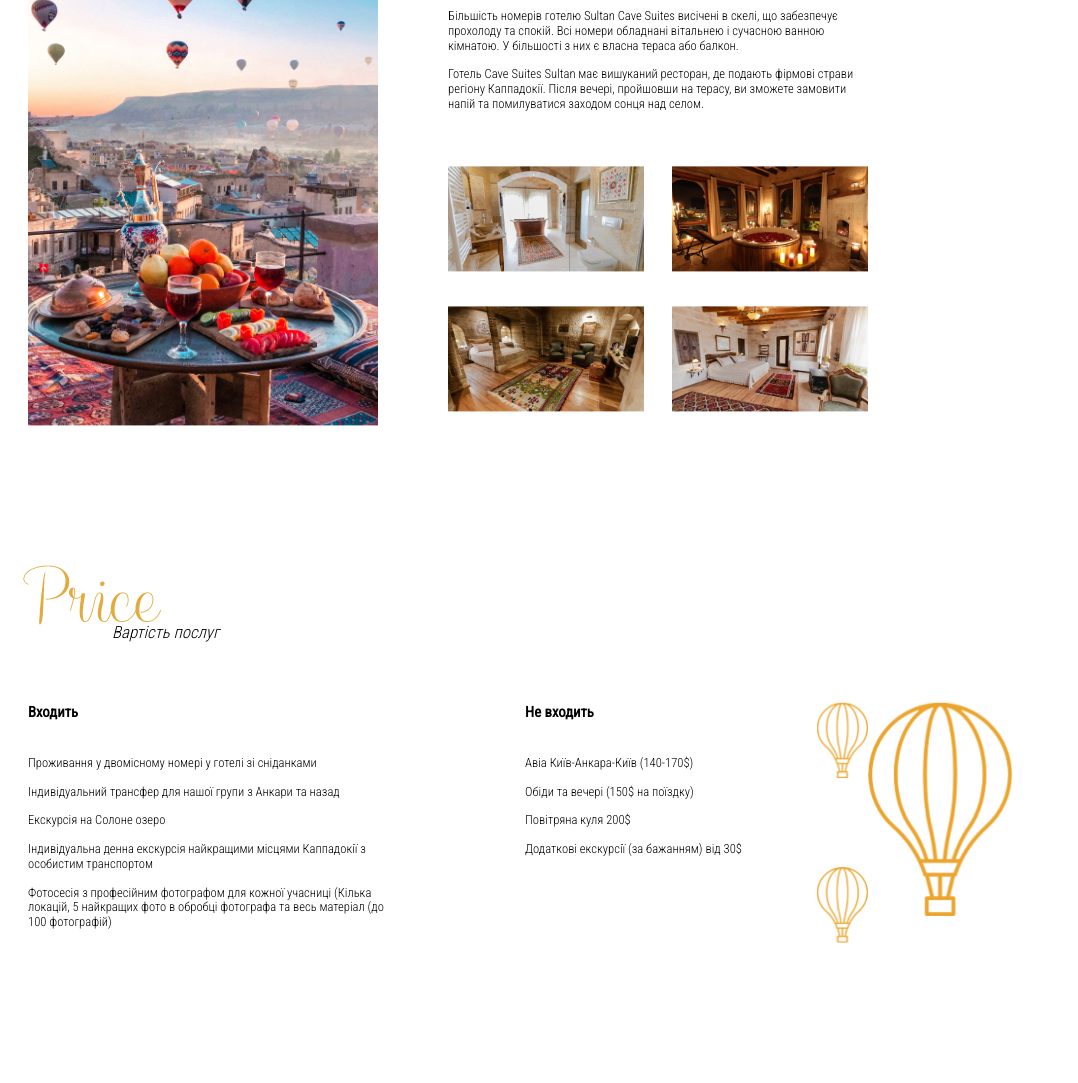
Repository: KYUUBI-K/cappadocia
Page: index.html
These files come from the project's save history. The page is drawn as it stood at one moment and after a run of saves; the edit follows.
The browser window is 1280 px wide. The page is 1540 px wide, so the pictures cover 1540 px, including what lies to the right of the window. The pictures show the part of the page from y = 3624 to 5224 px (the page is 5171 px tall before and 5224 px after), at 70% of full size.

Above is the page before, as saved 2025-08-21 19:49:11.

### index.html
<!DOCTYPE html>
<html lang="en">
  <head>
    <meta charset="UTF-8" />
    <meta name="viewport" content="width=device-width, initial-scale=1.0" />
    <title>Cappadocia</title>
    <link rel="stylesheet" href="./styles.css" />
  </head>
  <body>
    <header class="header">
      <div class="wrapper">
        <nav class="header-menu">
          <ul class="header-menu-list">
            <li class="header-menu-item">
              <a class="header-menu-link" href="#route">Маршрут</a>
            </li>
            <li class="header-menu-item">
              <a class="header-menu-link" href="#hotel">Готель</a>
            </li>
            <li class="header-menu-item">
              <a class="header-menu-link" href="#price">Вартість</a>
            </li>
          </ul>
          <div class="telephone">
            <svg
              class="phone-icon"
              width="30"
              height="30"
              viewBox="0 0 30 30"
              fill="none"
              xmlns="http://www.w3.org/2000/svg"
            >
              <g clip-path="url(#clip0_31_0)">
                <path
                  d="M23.7091 18.5839C23.0949 17.9444 22.3541 17.6025 21.569 17.6025C20.7902 17.6025 20.0431 17.9381 19.4036 18.5776L17.4027 20.5721C17.2381 20.4835 17.0735 20.4011 16.9152 20.3188C16.6873 20.2049 16.472 20.0972 16.2884 19.9832C14.4142 18.7929 12.7109 17.2416 11.0774 15.2345C10.2859 14.2341 9.75404 13.3919 9.36781 12.5372C9.88701 12.0623 10.3682 11.5684 10.8368 11.0935C11.0141 10.9162 11.1913 10.7326 11.3686 10.5553C12.6983 9.22568 12.6983 7.50346 11.3686 6.1738L9.64007 4.44525C9.44379 4.24896 9.24117 4.04635 9.05122 3.84373C8.67132 3.45117 8.27242 3.04594 7.86086 2.66604C7.24669 2.05819 6.51221 1.73528 5.73974 1.73528C4.96727 1.73528 4.22013 2.05819 3.58696 2.66604C3.58063 2.67237 3.58063 2.67237 3.5743 2.6787L1.42152 4.85047C0.61106 5.66093 0.148846 6.64868 0.0475384 7.79472C-0.104423 9.64358 0.440104 11.3658 0.857997 12.4928C1.88373 15.2598 3.41601 17.8241 5.70175 20.5721C8.47504 23.8836 11.8118 26.4986 15.6235 28.3411C17.0798 29.0313 19.0237 29.848 21.1954 29.9873C21.3284 29.9937 21.4677 30 21.5943 30C23.057 30 24.2853 29.4745 25.2477 28.4297C25.2541 28.4171 25.2667 28.4107 25.2731 28.3981C25.6023 27.9992 25.9822 27.6383 26.3811 27.252C26.6534 26.9924 26.932 26.7202 27.2042 26.4353C27.8311 25.7831 28.1603 25.0233 28.1603 24.2445C28.1603 23.4594 27.8247 22.7059 27.1852 22.0727L23.7091 18.5839ZM25.9759 25.2512C25.9695 25.2512 25.9695 25.2576 25.9759 25.2512C25.7289 25.5172 25.4757 25.7578 25.2034 26.0237C24.7918 26.4163 24.374 26.8278 23.9814 27.29C23.3419 27.9739 22.5884 28.2968 21.6007 28.2968C21.5057 28.2968 21.4044 28.2968 21.3094 28.2904C19.4289 28.1701 17.6813 27.4357 16.3707 26.8088C12.7869 25.0739 9.64007 22.6109 7.02508 19.4894C4.86597 16.887 3.42234 14.481 2.46625 11.8977C1.8774 10.3211 1.66212 9.09272 1.7571 7.93401C1.82042 7.19321 2.10534 6.57903 2.63087 6.0535L4.78999 3.89439C5.10024 3.60313 5.42949 3.44484 5.75241 3.44484C6.1513 3.44484 6.47422 3.68544 6.67683 3.88806C6.68317 3.89439 6.6895 3.90072 6.69583 3.90705C7.08206 4.26796 7.4493 4.64153 7.83554 5.04043C8.03182 5.24304 8.23443 5.44565 8.43705 5.6546L10.1656 7.38316C10.8368 8.05432 10.8368 8.67482 10.1656 9.34599C9.98198 9.5296 9.8047 9.71322 9.62108 9.89051C9.08921 10.435 8.58268 10.9416 8.03182 11.4354C8.01916 11.4481 8.00649 11.4544 8.00016 11.4671C7.45563 12.0116 7.55694 12.5435 7.67091 12.9044C7.67724 12.9234 7.68358 12.9424 7.68991 12.9614C8.13946 14.0504 8.77263 15.0762 9.73505 16.2982L9.74138 16.3045C11.4889 18.4573 13.3315 20.1352 15.3639 21.4205C15.6235 21.5852 15.8895 21.7181 16.1427 21.8448C16.3707 21.9587 16.586 22.0664 16.7696 22.1804C16.7949 22.193 16.8202 22.212 16.8456 22.2247C17.0608 22.3323 17.2634 22.383 17.4724 22.383C17.9979 22.383 18.3272 22.0537 18.4348 21.9461L20.6003 19.7806C20.8155 19.5654 21.1574 19.3058 21.5563 19.3058C21.9489 19.3058 22.2718 19.5527 22.4681 19.768C22.4744 19.7743 22.4744 19.7743 22.4808 19.7806L25.9695 23.2694C26.6217 23.9152 26.6217 24.5801 25.9759 25.2512Z"
                  fill="black"
                />
                <path
                  d="M16.2124 7.13621C17.8713 7.41481 19.3782 8.19994 20.5813 9.40296C21.7843 10.606 22.5631 12.1129 22.848 13.7718C22.9176 14.1897 23.2786 14.481 23.6901 14.481C23.7408 14.481 23.7851 14.4747 23.8357 14.4683C24.3043 14.3923 24.6145 13.9491 24.5386 13.4806C24.1966 11.4734 23.2469 9.64357 21.7969 8.19361C20.347 6.74365 18.5171 5.79389 16.51 5.45198C16.0414 5.376 15.6045 5.68625 15.5222 6.14847C15.4399 6.61068 15.7438 7.06023 16.2124 7.13621Z"
                  fill="black"
                />
                <path
                  d="M29.9654 13.2337C29.4019 9.92851 27.8443 6.92095 25.4509 4.52757C23.0575 2.13418 20.05 0.576584 16.7448 0.0130621C16.2826 -0.0692501 15.8457 0.247335 15.7634 0.70955C15.6874 1.1781 15.9977 1.61498 16.4662 1.6973C19.4168 2.1975 22.1078 3.59681 24.2479 5.73059C26.388 7.87071 27.781 10.5617 28.2812 13.5123C28.3508 13.9302 28.7117 14.2214 29.1233 14.2214C29.1739 14.2214 29.2183 14.2151 29.2689 14.2087C29.7311 14.1391 30.0477 13.6959 29.9654 13.2337Z"
                  fill="black"
                />
              </g>
              <defs>
                <clipPath id="clip0_31_0">
                  <rect width="30" height="30" fill="white" />
                </clipPath>
              </defs>
            </svg>
            <div class="number-text">+38(066)555-777-6</div>
          </div>
        </nav>
        <div class="main-title">
          <h1 class="main-title-text">Cappadocia</h1>
          <p class="main-subtitle-text">Ексклюзивний тур</p>
        </div>
      </div>
    </header>

    <section class="about">
      <div class="wrapper">
        <div class="about-title">
          <h2 class="section-title-text">Fairy tail</h2>
          <p class="about-subtitle-text">Казкова країна чудес</p>
        </div>
        <img
          src="./images/Rectangle-about.jpg"
          alt="Hot air balloon"
          class="about-img"
        />
        <div class="about-content">
          <aside class="about-text">
            <!-- prettier-ignore -->
            <p>
            Каппадокія – казкова країна повітряних куль, сирних будиночків,
            різнокольорових долин та чарівних світанків!
            Сюди приїжджають, щоб побачити природні чудеса політати на
            повітряній кулі і, звичайно ж,зробити мільйон красивих фотографій!
          </p>
            <!-- prettier-ignore -->
            <p>
            На учасників туру чекає професійна фотосесія від найкращих
            фотографів Каппадокії!
            Адже саме за чарівними світанками на тлі повітряних куль сюди
            приїжджають люди з усього світу!
          </p>

            <h3>Також Ви побачите:</h3>
            <ul class="about-list">
              <li>Музей на відкритому повітрі у Геремі</li>
              <li>Ущелина Іхлара та монастир Селіме</li>
              <li>Підземні міста</li>
              <li>Фортеця Учхісар</li>
              <li>Зельве та Пашабаг</li>
            </ul>
            <p>та багато інших визначних пам'яток.</p>
            <!-- prettier-ignore -->
            <p>
            Місцева кухня - один із приводів відвідати Каппадокію, тут є ресторани
            на будь-який бюджет.
          </p>
          </aside>
        </div>
      </div>
    </section>

    <section class="route" id="route">
      <div class="wrapper">
        <div class="route-title">
          <h2 class="section-title-text">Our trip</h2>
          <p class="route-subtitle-text">Маршрут</p>
        </div>
        <img
          src="./images/Rectangle-route.png"
          alt="Route map"
          class="route-img"
        />
        <div class="route-content">
          <aside class="route-text">
            <div class="day">
              <h3>День 1</h3>
              <ul>
                <li>Виліт з Києва</li>
                <li>Трансфер до Каппадокії</li>
                <li>Поселення в готель</li>
                <li>Вечірня фотосесія</li>
              </ul>
            </div>

            <div class="day">
              <h3>День 2</h3>
              <ul>
                <li>Фотосесія</li>
                <li>Сніданок у готелі</li>
                <li>Денний тур Каппадокією</li>
                <li>Захід сонця з панорамним видом</li>
              </ul>
            </div>

            <div class="day">
              <h3>День 3</h3>
              <ul>
                <li>Політ на повітряній кулі</li>
                <li>Сніданок у готелі</li>
                <li>Екскурсії на вибір</li>
              </ul>
            </div>

            <div class="day">
              <h3>День 4</h3>
              <ul>
                <li>Вільний час, шопінг</li>
                <li>Трансфер до Анкари</li>
                <li>Виліт до Києва</li>
              </ul>
            </div>
            <button type="button" class="reservation">Забронювати</button>
          </aside>
        </div>
      </div>
    </section>
    <section class="hotel" id="hotel">
      <div class="wrapper">
        <div class="hotel-title">
          <h2 class="section-title-text">Hotel</h2>
          <p class="hotel-subtitle-text">Sultan Cave Suites</p>
        </div>

        <div class="hotel-content">
          <img
            src="./images/Rectangle-hotel.jpg"
            alt="Hot air balloon"
            class="hotel-img"
          />
          <aside class="hotel-side-right">
            <div class="hotel-text">
              <!-- prettier-ignore -->
              <p>
              У цьому унікальному готелі на вершині пагорба Айдинли ви можете забронювати
              висічені в скелі номери, обставлені антикварними меблями з усієї Туреччини. З
              сонячної тераси готелю відкривається чудовий панорамний вид на
              Національний парк Гереме.
            </p>
              <!-- prettier-ignore -->
              <p>
              Більшість номерів готелю Sultan Cave Suites висічені в скелі, що забезпечує
              прохолоду та спокій. Всі номери обладнані вітальнею і сучасною ванною
              кімнатою. У більшості з них є власна тераса або балкон.
            </p>
              <!-- prettier-ignore -->
              <p>
              Готель Cave Suites Sultan має вишуканий ресторан, де подають фірмові страви
              регіону Каппадокії. Після вечері, пройшовши на терасу, ви зможете замовити
              напій та помилуватися заходом сонця над селом.
            </p>
            </div>

            <div class="hotel-images-list">
              <img
                src="./images/Rectangle-hotel1.jpg"
                alt="Hotel room"
                class="hotel-image"
              />
              <img
                src="./images/Rectangle-hotel2.jpg"
                alt="Hotel room"
                class="hotel-image"
              />
              <img
                src="./images/Rectangle-hotel3.jpg"
                alt="Hotel room"
                class="hotel-image"
              />
              <img
                src="./images/Rectangle-hotel4.jpg"
                alt="Hotel room"
                class="hotel-image"
              />
            </div>
          </aside>
        </div>
      </div>
    </section>
    <section class="price" id="price">
      <div class="wrapper">
        <div class="price-title">
          <h2 class="section-title-text">Price</h2>
          <p class="price-subtitle-text">Вартість послуг</p>
        </div>
        <div class="price-content">
          <aside class="price-text-left">
            <h3>Входить</h3>
            <ul class="price-text-list">
              <li>Проживання у двомісному номері у готелі зі сніданками</li>
              <li>Індивідуальний трансфер для нашої групи з Анкари та назад</li>
              <li>Екскурсія на Солоне озеро</li>
              <li>
                Індивідуальна денна екскурсія найкращими місцями Каппадокії з
                особистим транспортом
              </li>
              <li>
                Фотосесія з професійним фотографом для кожної учасниці (Кілька
                локацій, 5 найкращих фото в обробці фотографа та весь матеріал
                (до 100 фотографій)
              </li>
            </ul>
          </aside>
          <aside class="price-text-center">
            <h3>Не входить</h3>
            <ul class="price-text-list">
              <li>Авіа Київ-Анкара-Київ (140-170$)</li>
              <li>Обіди та вечері (150$ на поїздку)</li>
              <li>Повітряна куля 200$</li>
              <li>Додаткові екскурсії (за бажанням) від 30$</li>
            </ul>
          </aside>
          <aside class="price-right">
            <svg
              class="svg-flight-left"
              width="73"
              height="108"
              viewBox="0 0 73 108"
              fill="none"
              xmlns="http://www.w3.org/2000/svg"
              xmlns:xlink="http://www.w3.org/1999/xlink"
            >
              <rect width="73" height="108" fill="url(#pattern0_15_89)" />
              <defs>
                <pattern
                  id="pattern0_15_89"
                  patternContentUnits="objectBoundingBox"
                  width="1"
                  height="1"
                >
                  <use
                    xlink:href="#image0_15_89"
                    transform="scale(0.00289017 0.00195354)"
                  />
                </pattern>
                <image
                  id="image0_15_89"
                  width="346"
                  height="512"
                  preserveAspectRatio="none"
                  xlink:href="data:[embedded picture, 45654 characters]"
                />
              </defs>
            </svg>
            <svg
              class="svg-flight-right"
              width="206"
              height="305"
              viewBox="0 0 206 305"
              fill="none"
              xmlns="http://www.w3.org/2000/svg"
              xmlns:xlink="http://www.w3.org/1999/xlink"
            >
              <rect width="206" height="305" fill="url(#pattern0_15_93)" />
              <defs>
                <pattern
                  id="pattern0_15_93"
                  patternContentUnits="objectBoundingBox"
                  width="1"
                  height="1"
                >
                  <use
                    xlink:href="#image0_15_93"
                    transform="matrix(0.00289176 0 0 0.00195312 -0.000274954 0)"
                  />
                </pattern>
                <image
                  id="image0_15_93"
                  width="346"
                  height="512"
                  preserveAspectRatio="none"
                  xlink:href="data:[embedded picture, 45654 characters]"
                />
              </defs>
            </svg>
            <svg
              class="svg-flight-down"
              width="73"
              height="108"
              viewBox="0 0 73 108"
              fill="none"
              xmlns="http://www.w3.org/2000/svg"
              xmlns:xlink="http://www.w3.org/1999/xlink"
            >
              <rect width="73" height="108" fill="url(#pattern0_15_91)" />
              <defs>
                <pattern
                  id="pattern0_15_91"
                  patternContentUnits="objectBoundingBox"
                  width="1"
                  height="1"
                >
                  <use
                    xlink:href="#image0_15_91"
                    transform="scale(0.00289017 0.00195354)"
                  />
                </pattern>
                <image
                  id="image0_15_91"
                  width="346"
                  height="512"
                  preserveAspectRatio="none"
                  xlink:href="data:[embedded picture, 45654 characters]"
                />
              </defs>
            </svg>
          </aside>
        </div>
      </div>
    </section>
  </body>
</html>

### styles.css
@font-face {
  font-family: "Roboto Condensed";
  src: url("./fonts/RobotoCondensed-Light.woff2") format("woff2");
  font-weight: 300;
  font-style: normal;
  font-display: swap;
}

@font-face {
  font-family: "Roboto Condensed";
  src: url("./fonts/RobotoCondensed-Regular.woff2") format("woff2");
  font-weight: 400;
  font-style: normal;
  font-display: swap;
}

@font-face {
  font-family: "Balqis";
  src: url("./fonts/Balqis.woff2") format("woff2");
  font-weight: 400;
  font-style: normal;
  font-display: swap;
}

html {
  box-sizing: border-box;
}
*,
*::before,
*::after {
  box-sizing: inherit;
  margin: 0;
  padding: 0;
}

:root {
  --color-dark: #000000;
  --color-light: #ffffff;
  --color-gray: #e5e5e5;
  --color-orange: #e2ab3f;

  --border: 1px solid var(--color-orange);

  --font-family-base: "Roboto Condensed", sans-serif;
  --font-family-accent: "Balqis", sans-serif;

  --input-height: 50px;
}

li {
  list-style: none;
}

body {
  /* word-wrap: break-word; */
  font-size: 18px;
  font-family: var(--font-family-base);
  background-color: var(--color-light);
  color: var(--color-dark);
}

.header {
  min-height: 100svh;
  background: url("./images/Rectangle.jpg") no-repeat center center;
  background-size: cover;
  background-position: center;
  margin-bottom: 200px;
}
.wrapper {
  margin: 0 auto;
  height: 100%;
  max-width: 1200px;
}

.header-menu {
  display: flex;
  justify-content: space-between;
  align-items: center;
  font-family: var(--font-family-base);
  font-size: 24px;
  font-weight: 400;
  padding-top: 72px;
}
.header-menu-list {
  display: flex;
  column-gap: 45px;
}
.header-menu-link {
  text-decoration: none;
  color: inherit;
}
.telephone {
  display: flex;
  align-items: center;
  column-gap: 10px;
}

.main-title {
  margin-top: 152px;
  text-align: center;
}

.main-title-text {
  font-family: var(--font-family-accent);
  font-size: 250px;
  font-weight: 400;
  line-height: 1;
}

.main-subtitle-text {
  font-family: var(--font-family-base);
  color: var(--color-dark);
  font-weight: 300;
  font-size: 56px;
  line-height: 0;
  font-style: italic;
  transform: translateX(25%);
}

.about {
  margin-bottom: 200px;
  position: relative;
}

.about-title {
  margin-bottom: 100px;
}

.section-title-text {
  font-family: var(--font-family-accent);
  font-weight: 400;
  line-height: 1;
  font-size: 96px;
  color: var(--color-orange);
}

.about-subtitle-text {
  font-family: var(--font-family-base);
  font-weight: 300;
  font-size: 24px;
  font-style: italic;
  line-height: 0;
  transform: translateX(15%);
}

.about-content {
  display: flex;
  justify-content: flex-end;
}

.about-img {
  position: absolute;
  left: 0;
  width: 960px;
  height: 700px;
  object-fit: cover;
  object-position: center;
}
.about-text p {
  font-family: var(--font-family-base);
  font-weight: 300;
  font-size: 18px;
  white-space: pre-line;
  padding-bottom: 50px;
}
.about-list {
  padding-bottom: 50px;
  font-family: var(--font-family-base);
  font-weight: 300;
}

.about-text h3 {
  padding-bottom: 50px;
}

.route {
  position: relative;
  margin-bottom: 200px;
}
.route-title {
  margin-bottom: 108px;
}

.route-subtitle-text {
  transform: translateX(20%);
  font-family: var(--font-family-base);
  font-weight: 300;
  font-size: 24px;
  font-style: italic;
  line-height: 0;
}
.route-content {
  position: relative;
  font-family: var(--font-family-base);
}
.day {
  max-width: 295px;
  margin-bottom: 50px;
}
.route-text {
  font-size: 24px;
  font-weight: 300;
  margin-bottom: 50px;
}
.day h3 {
  margin-bottom: 20px;
}

.reservation {
  border: var(--border);
  text-transform: uppercase;
  font-size: 24px;
  padding: 11px 64px;
  background: none;
}

.route-img {
  position: absolute;
  top: 0;
  right: 0;
  width: 960px;
  height: 1095px;
  object-fit: cover;
  object-position: center;
}

.hotel {
  margin-bottom: 200px;
  position: relative;
}
.hotel-title {
  margin-bottom: 108px;
}
.hotel-subtitle-text {
  transform: translateX(10%);
  font-family: var(--font-family-base);
  font-weight: 300;
  font-size: 24px;
  font-style: italic;
  line-height: 0;
}
.hotel-content {
  display: flex;
  justify-content: space-between;
  column-gap: 100px;
}

.hotel-text {
  margin-bottom: 80px;
}
.hotel-text p {
  margin-bottom: 20px;
  /* white-space: pre-line;  */
  font-family: var(--font-family-base);
  font-size: 18px;
  font-weight: 300;
}
.hotel-img {
  width: 500px;
  height: 700px;
  object-fit: cover;
  object-position: center;
}

.hotel-images-list {
  display: flex;
  flex-wrap: wrap;
  justify-content: space-between;
  row-gap: 50px;
}
.hotel-image {
  width: 280px;
  height: 150px;
  object-fit: cover;
  object-position: center;
}

.price-title {
  margin-bottom: 100px;
}

.price-subtitle-text {
  transform: translateX(10%);
  font-family: var(--font-family-base);
  font-weight: 300;
  font-size: 24px;
  font-style: italic;
  line-height: 0;
}

.price-content {
  display: flex;
  justify-content: space-between;
}
.price-content h3 {
  margin-bottom: 50px;
}
.price-text-list {
  font-family: var(--font-family-base);
  font-weight: 300;
  font-size: 18px;
  max-width: 530px;
}
.price-text h3 {
  margin-bottom: 50px;
}
.price-text-list li {
  margin-bottom: 20px;
}

.price-content {
  position: relative;
  width: 100%;
}

.price-right {
  position: relative;
}

.svg-flight-left {
  position: absolute;
  /* left: 0; */
  right: 0;
}
.svg-flight-right {
  position: absolute;
  top: 0;
  left: 0;
}
.svg-flight-down {
  position: absolute;
  bottom: 0;
  right: 0;
}
.price {
  position: relative;
  margin-bottom: 200px;
}

@media (max-width: 1040px) {
  .main-title-text {
    font-size: 150px;
  }
  .main-subtitle-text {
    font-size: 46px;
  }
}

@media (max-width: 830px) {
  .header-menu {
    padding-top: 40px;
  }

  .header-menu-list {
    column-gap: 35px;
  }
  .main-title-text {
    font-size: 150px;
  }
  .main-subtitle-text {
    font-size: 36px;
  }
}

@media (max-width: 630px) {
  .header-menu {
    font-size: 18px;
  }
  .header-menu-list {
    column-gap: 20px;
  }
  .telephone {
    column-gap: 5px;
  }
  .phone-icon {
    width: 18px;
    height: 18px;
  }
  .main-title-text {
    font-size: 100px;
  }
  .main-subtitle-text {
    font-size: 26px;
  }
}

@media (max-width: 450px) {
  .header-menu {
    font-size: 15px;
  }
  .header-menu-list {
    column-gap: 15px;
  }
  .telephone {
    column-gap: 3px;
  }
  .phone-icon {
    width: 15px;
    height: 15px;
  }
  .main-title-text {
    font-size: 50px;
  }
  .main-subtitle-text {
    font-size: 15px;
  }
}

After the next 2 saves:
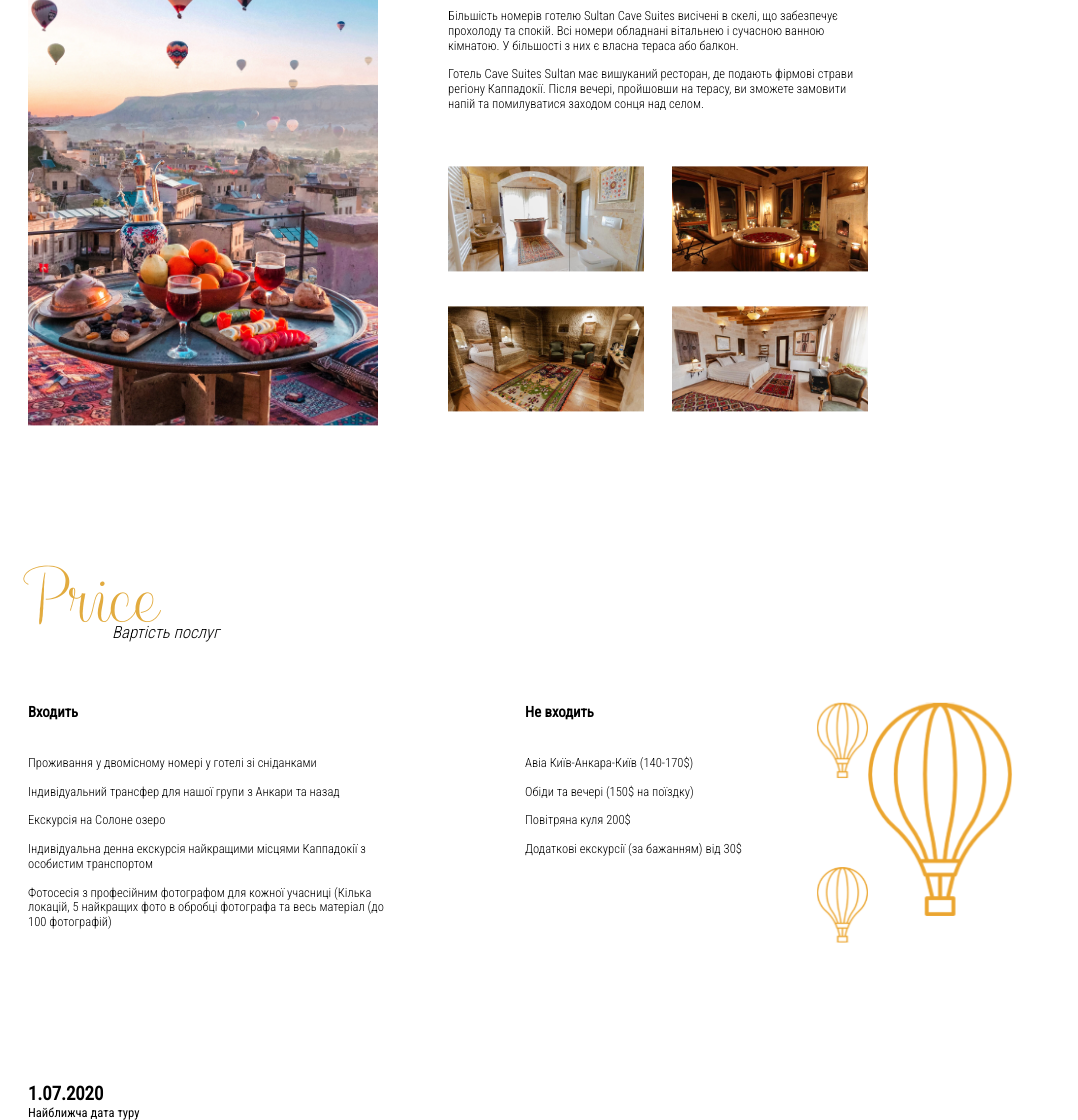
The 2 saves are shown as one change because they came seconds apart.
The last was saved 2 min 44 s later.
--- a/index.html
+++ b/index.html
@@ -355,5 +355,12 @@
         </div>
       </div>
     </section>
+    <section class="form filling">
+              <div class="wrapper">
+              <div class="date-tour">
+            <h2 class="date">1.07.2020</h2>
+            <p class="date-subtitle-text">Найближча дата туру</p>
+          </div>
+    </section>
   </body>
 </html>
